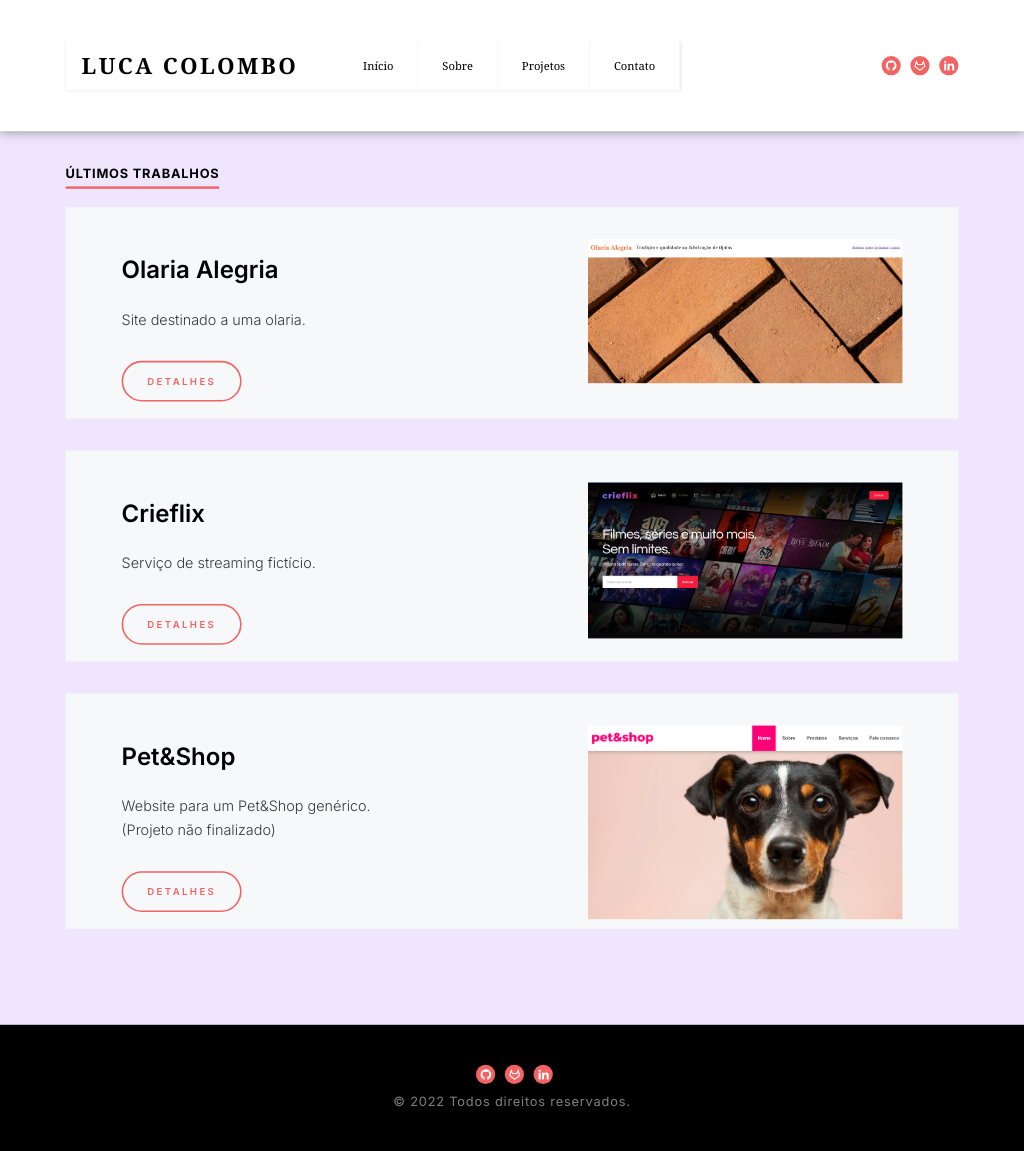
Repository: lxcxcxlxmb/portfolio
Page: projetos.html
An editor plug-in stored every save of this project. The page is shown before and after the next save, followed by the edit.
The browser window is 1280 px wide. The pictures show the whole page, at 80% of full size.

Above is the page before, as saved 2022-05-25 22:38:13.

After the next save:
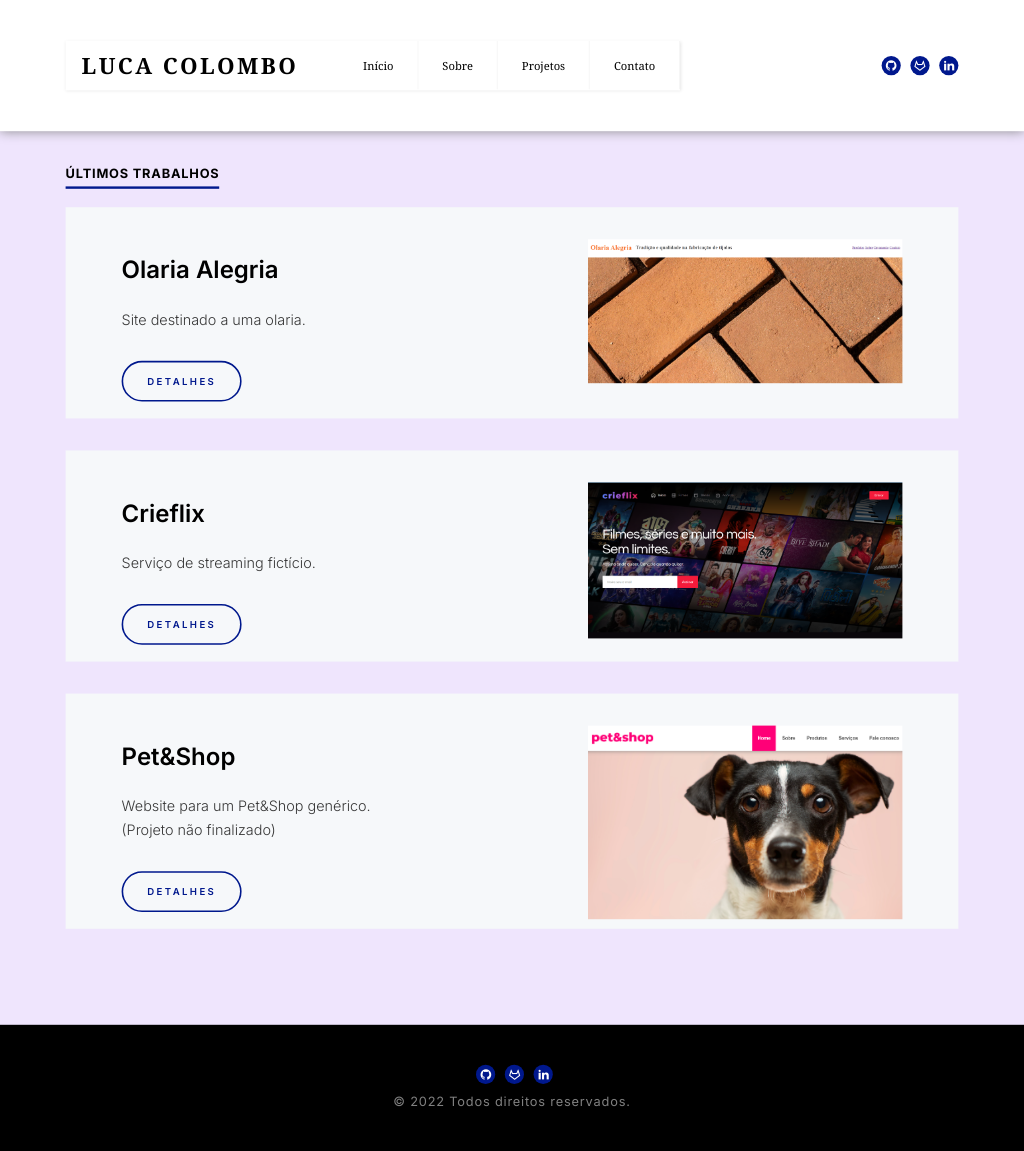
Saved 2 min 11 s later.
--- a/styles.css
+++ b/styles.css
@@ -174,7 +174,7 @@ img {
 }
 
 .logo:hover {
-	color: #8bd450;
+	color: #00188D;
 }
 
 .ds-social {
@@ -197,7 +197,7 @@ img {
 	color: #FFF;
 	width: 24px;
 	height: 24px;
-	background-color: #F26464;
+	background-color: #00188D;
 	display: flex;
 	justify-content: center;
 	align-items: center;
@@ -252,7 +252,7 @@ img {
   .header li a:hover,
   .header .menu-btn:hover {
 	background-color: #f4f4f4;
-	color: #F26464;
+	color: #00188D;
   }
 
   .header .logo {
@@ -400,7 +400,7 @@ img {
 
 .ds-numbervalulist strong {
 	display: block;
-	color: #F26464;
+	color: #00188D;
 	font-size: 36px;
 	font-weight: 800;
 }
@@ -425,7 +425,7 @@ img {
 	text-transform: uppercase;
 	letter-spacing: 1px;
 	font-size: 16px;
-	border-bottom: 3px solid #F26464;
+	border-bottom: 3px solid #00188D;
 	padding-bottom: 7px;
 	margin-bottom: 23px;
 }
@@ -437,7 +437,7 @@ img {
 	text-transform: uppercase;
 	letter-spacing: 1px;
 	font-size: 16px;
-	border-bottom: 3px solid #F26464;
+	border-bottom: 3px solid #00188D;
 	padding-bottom: 7px;
 	margin-bottom: 23px;
 }
@@ -457,14 +457,14 @@ img {
 	line-height: 13px;
 	font-weight: 600;
 	letter-spacing: 3px;
-	color: #F26464;
+	color: #00188D;
 	padding: 17px 30px;
-	border: 2px solid #F26464;
+	border: 2px solid #00188D;
 	border-radius: 60px;
 }
 
 .ds-button:hover {
-	background-color: #F26464;
+	background-color: #00188D;
 	color: #FFF;
 }
 
@@ -723,7 +723,7 @@ span.ds-department {
 }
 
 .ds-copyright a:hover {
-	color: #F26464;
+	color: #00188D;
 }
 
 
@@ -917,9 +917,9 @@ form {
 
 input:focus {
     outline: none;
-      border: 2px solid #F26464;
+      border: 2px solid #00188D;
   }
 
   .link a:hover {
-	color: #F26464;
-}
+	color: #00188D;
+}
